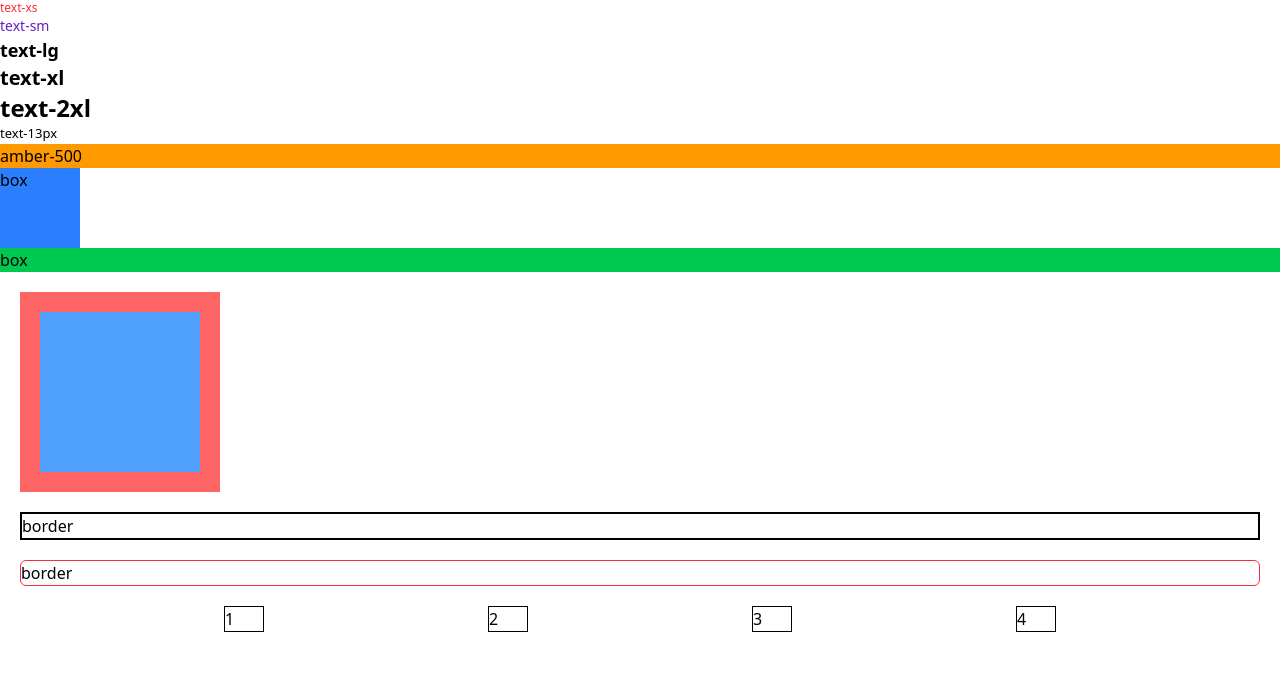
Repository: kkhhjjoo/onebite-tailwind
Page: /
An editor plug-in stored every save of this project. The page is shown before and after the next save, followed by the edit.
The browser window is 1280 px wide. The pictures show the whole page.
The project was rebuilt for these pictures with package versions that can differ from the ones it lists, and the page was loaded fresh each time. Also part of the build but not shown: vite.config.ts, src/App.css.

Above is the page before, as saved 2025-12-24 20:04:05.

### src/main.tsx
import { createRoot } from 'react-dom/client'
import './index.css'
import App from './App.tsx'

createRoot(document.getElementById('root')!).render(<App />);

### src/App.tsx
import "./App.css";

function App() {
  return (
    <div>
      {/* 1. 타이포그래프 */}
      <div className="text-xs text-red-500">text-xs</div>
      <div className="text-sm text-[rgb(100,30,200)]">text-sm</div>
      <div className="text-lg font-bold">text-lg</div>
      <div className="text-xl font-extrabold">text-xl</div>
      <div className="text-2xl font-black">text-2xl</div>
      <div className="text-[13px]">text-13px</div>

      {/* 2. 백그라운드 컬러 */}
      <div className="bg-amber-500">amber-500</div>

      {/* 3. 사이즈 */}
      <div className="h-20 w-20 bg-blue-500">box</div>
      <div className="w-full bg-green-500">box</div>

      {/* 4. 여백 */}
      {/* <div className="h-50 w-50 bg-red-400 pt-5 pr-5 pb-5 pl-5"> */}
      <div className="m-5 h-50 w-50 bg-red-400 px-5 py-5">
        <div className="h-full w-full bg-blue-400"></div>
      </div>

      {/* 5. 보더 */}
      <div className="m-5 border-x-2 border-y-2">border</div>
      <div className="m-5 rounded-md border-t border-r border-b border-l border-red-500">
        border
      </div>

      {/* 6. 플렉스 컨테이너 */}
      <div className="flex items-center justify-evenly">
        <div className="w-10 border">1</div>
        <div className="w-10 border">2</div>
        <div className="w-10 border">3</div>
        <div className="w-10 border">4</div>
      </div>
    </div>
  );
}

export default App;

Loaded but not shown: index.html (common file); src/index.css (common file)

After the next save:
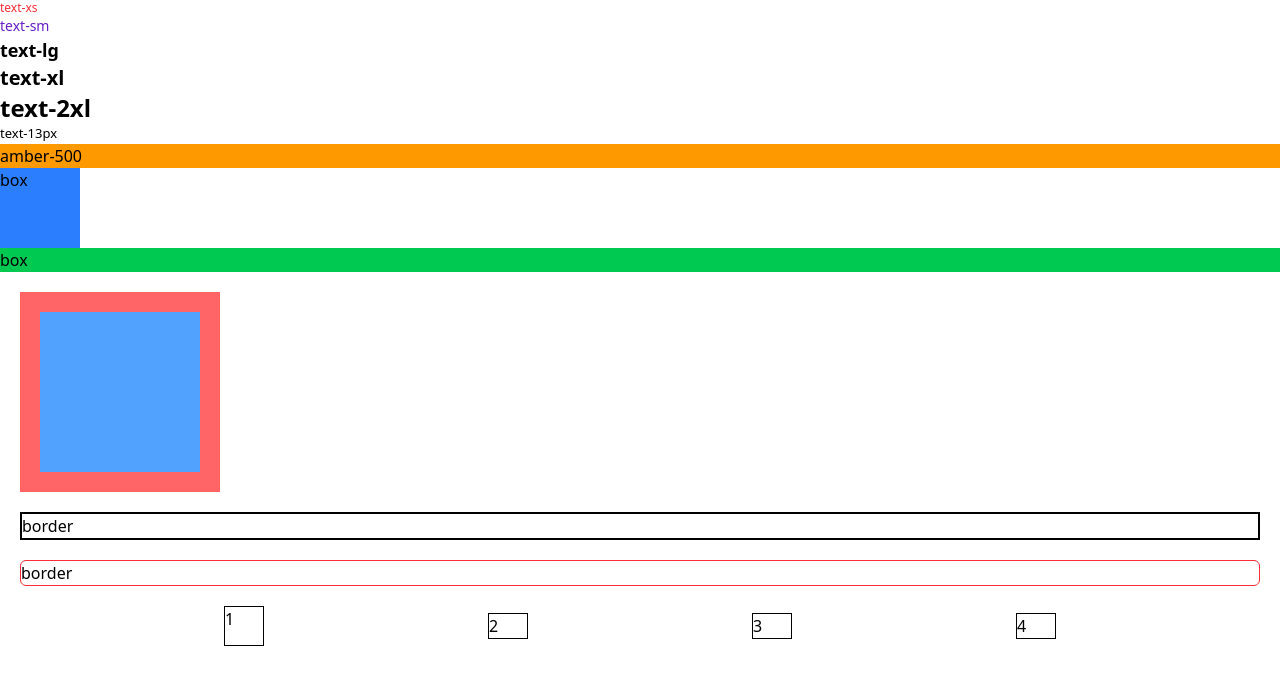
Saved 27 s later.
--- a/src/App.tsx
+++ b/src/App.tsx
@@ -32,7 +32,7 @@ function App() {
 
       {/* 6. 플렉스 컨테이너 */}
       <div className="flex items-center justify-evenly">
-        <div className="w-10 border">1</div>
+        <div className="h-10 w-10 border">1</div>
         <div className="w-10 border">2</div>
         <div className="w-10 border">3</div>
         <div className="w-10 border">4</div>
